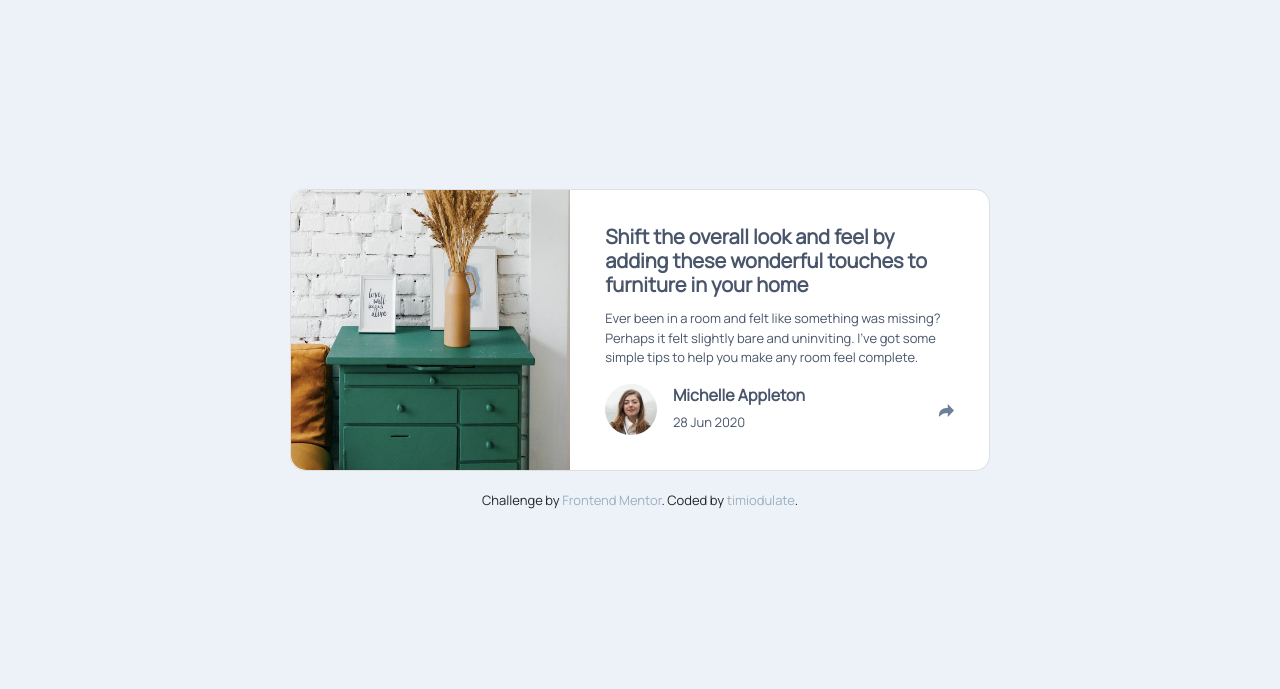
Repository: timiodulate/Article-Preview-Component
Page: index.html
These files come from the project's save history. The page is drawn as it stood at one moment and after the next save; the edit follows.
The browser window is 1280 px wide. The pictures show the whole page.

Above is the page before, as saved 2020-07-11 14:17:02.

After the next save:
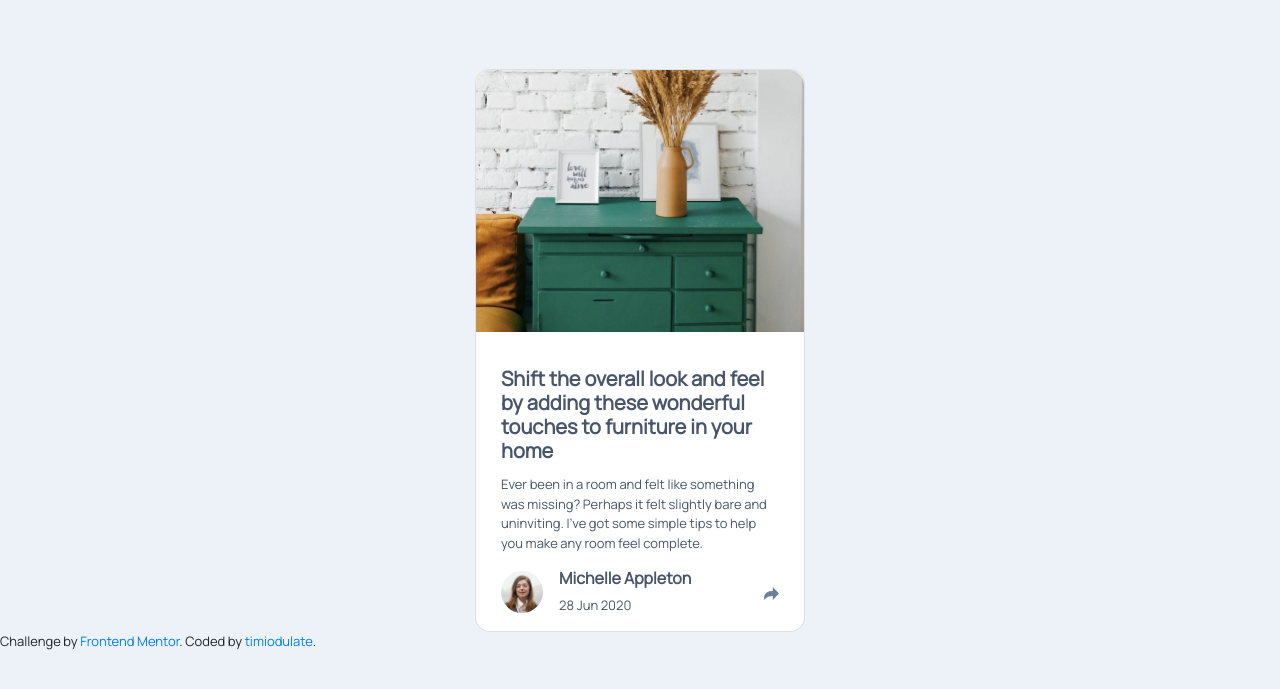
Saved 18 s later.
--- a/css/style.css
+++ b/css/style.css
@@ -63,6 +63,7 @@
 .tooltip-inner {
     background-color: var(--header);
 }
+.tooltip-inner img {
 .tooltip-inner img {
     /* background-color: var(--background); */
 }

After the 6 saves that followed:
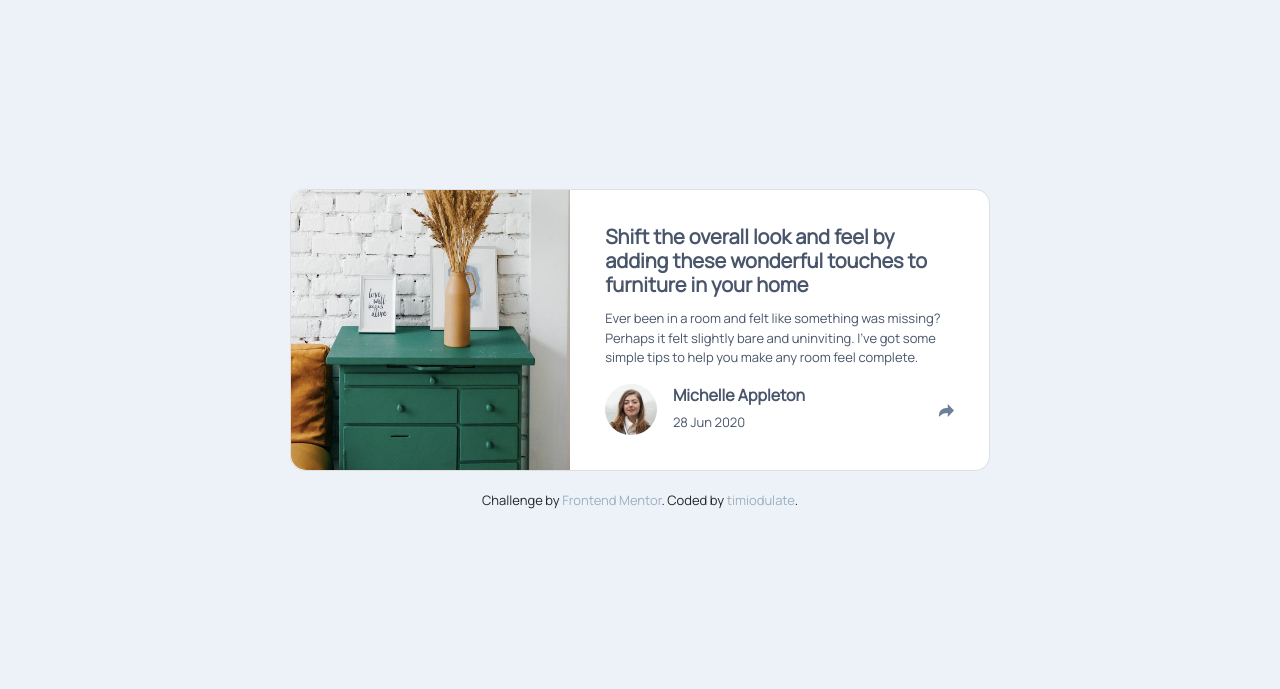
The 6 saves are shown as one change because they came seconds apart.
The last was saved 12 s later.
--- a/css/style.css
+++ b/css/style.css
@@ -63,7 +63,9 @@
 .tooltip-inner {
     background-color: var(--header);
 }
-.tooltip-inner img {
+.tooltip-inner p {
+
+}
 .tooltip-inner img {
     /* background-color: var(--background); */
 }
